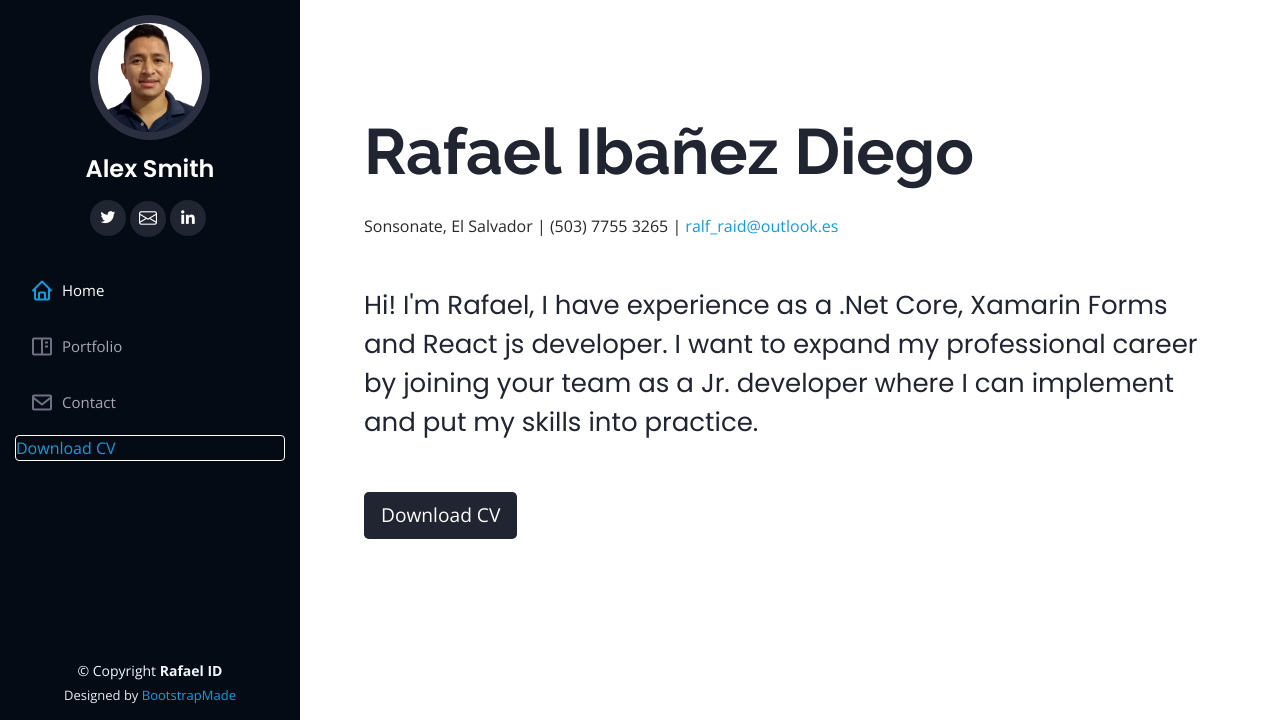
Repository: ralfId/myportfolio
Page: /index
The author's editor kept a copy of each file at every save. The page is drawn from the files as they stood at one save, then again after the next save.
The browser window is 1280 px wide. The pictures show the whole page.
The project was rebuilt for these pictures with package versions that can differ from the ones it lists, and the page was loaded fresh each time. Also part of the build but not shown: src/data/projects.js, src/components/Projects/ProjectItem.js, src/components/Projects/ProjectIndex.js, src/helpers/ProjectById.js, src/components/Projects/ProjectDetail.js.

Above is the page before, as saved 2021-09-20 16:56:47.

After the next save:
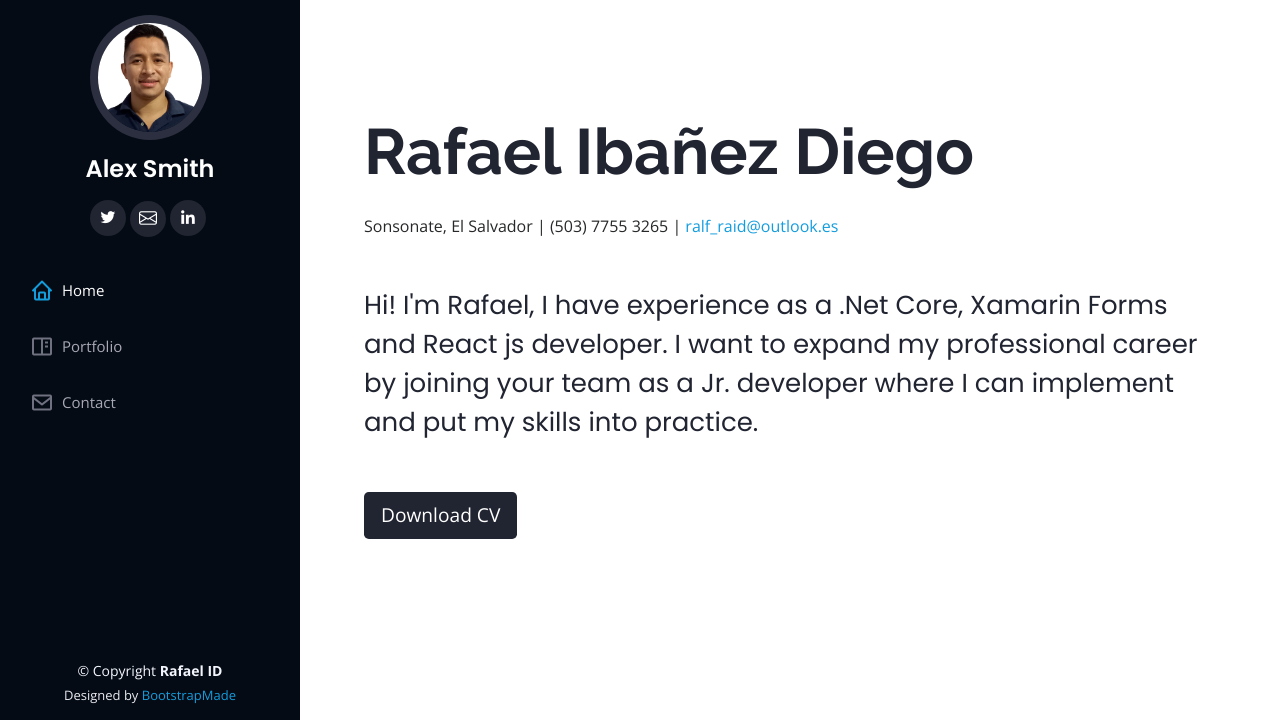
Saved 41 s later.
--- a/src/components/Nav.js
+++ b/src/components/Nav.js
@@ -39,13 +39,6 @@ export const Nav = () => {
               <li><Link to="/contact" className="nav-link scrollto"><i className="bx bx-envelope"></i> <span>Contact</span></Link></li>
             </ul>
           </nav>
-
-
-          <div className=" rounded border border-white">
-          <a href="https://drive.google.com/file/d/1vJaF_GdrEpqvxunoCtHR6NM8FIdySfaQ/view?usp=sharing"  target="_blank" rel="noreferrer">
-                            Download CV
-                        </a>
-          </div>
         </div>
 
 
